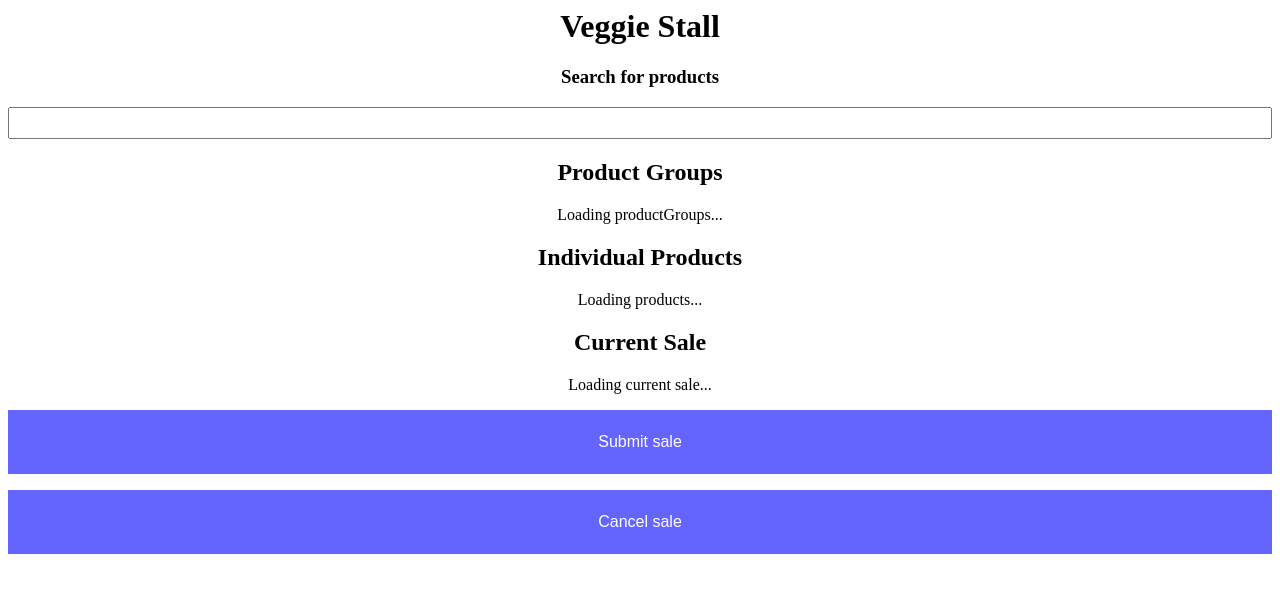
Repository: Keristero/SDV701-Assignment
Page: SDV701-Assignment/mobile-client/client/sale.html
The author's editor kept a record of every edit. The page is drawn from the files as they stood at one moment, then again after the next edit.
The browser window is 1280 px wide. The pictures show the whole page.
The page's requests for data from a server got no answer.

Above is the page before.
Console error (its wording comes from the project's code and is left out).

### SDV701-Assignment/mobile-client/client/sale.html
<head>
    <meta name="viewport" content="width=device-width,height=device-height initial-scale=1">
    <style>
        #div_main{
            text-align:center;
            font-size: 1em;
        }
        #txt_searchProducts{
            width:100%;
            height:2em;
            font-size: 1em;
        }

        .wideButton{
            width:100%;
            margin-top:1em;
            height:4em;
            background-color: rgb(100,100,255);
            border: none;
            text-decoration: none;
            color:white;
            font-size:1em;
        }

        .clsProductGroup{
            border-style: solid;
            border-width: 2px;
            margin-top: 0.5em;
        }

        .clsProduct{
            background-color: rgb(220,240,220);
        }

        .clsSale{
            text-align: left;
            background-color: rgba(100,100,255,0.2);
        }

    </style>
    <script src="cls/clsDbObject.js"></script>
    <script src="cls/clsProduct.js"></script>
    <script src="cls/clsProductGroup.js"></script>
    <script src="cls/clsSale.js"></script>
    <script src="cls/clsSold.js"></script>
    <script src="DatabaseConnector.js"></script>
    <script src="sale.js" defer></script>
</head>

<body>
    <div id="div_main">
        <h1>Veggie Stall</h1>
        <h3>Search for products</h3>
        <p><input type="text" id="txt_searchProducts"></p>
        <h2>Product Groups</h2>
        <div id="div_productGroups">
            Loading productGroups...
        </div>
        <h2>Individual Products</h2>
        <div id="div_products">
            Loading products...
        </div>
        <h2>Current Sale</h2>
        <div id="div_sale">
            Loading current sale...
        </div>
        <button class="wideButton" id="btn_submitSale">Submit sale</button>
        <button class="wideButton" id="btn_cancelSale">Cancel sale</button>
    </div>
</body>

### SDV701-Assignment/mobile-client/client/cls/clsDbObject.js
class clsDbObject {
    constructor(dataObject) {
        for (let property in dataObject) {
            let value = dataObject[property]
            this[property] = value;
        }
        console.log(this)
    }
    getFormattedDateString(dateString){
        let d = new Date(dateString)
        return `${d.getDate()}/${d.getMonth()}/${d.getFullYear()}`
    }
    generateQuickGuid() {
        //Code from https://stackoverflow.com/questions/105034/create-guid-uuid-in-javascript Jeff Ward
        return Math.random().toString(36).substring(2, 15) + Math.random().toString(36).substring(2, 15);
    }
}

### SDV701-Assignment/mobile-client/client/cls/clsProduct.js
/* globals clsDbObject currentSale renderedProductUIDs*/

window.clsProduct = class clsProduct extends clsDbObject{
    constructor(dataObject){
        super(dataObject)

    }
    toHTML(renderedProductUIDs,searchBoxText){
        let str = ""
        //Return early if the product HTML has already been generated
        if(renderedProductUIDs.hasOwnProperty(this.UID)){
            return str
        }
        //Return early if the product name is not in the searchbox
        if(!this.Name.toLowerCase().includes(searchBoxText.toLowerCase())){
            return str
        }

        str+= `<div class=${this.constructor.name} id=${this.UID}>`
        str+= `<h3>${this.Name}</h3>`
        //The section below generates a combo box with all the products price options
        str+= `<select id="sel_${this.UID}">`
        for(let priceID in this.Prices){
            str+= `<option value="${priceID}">${this.Prices[priceID].priceType}</option>`
        }
        str+= `</select>`
        //The section below generates a input box for the quantity
        str+= `<input id="txt_${this.UID}" type="number"></input>`
        str+= `<button id="btn_${this.UID}">Add to order</button>`
        str+= `<p>last updated: ${this.getFormattedDateString(this.LastModified)}</p>`
        str+= `</div>`

        renderedProductUIDs[this.UID] = true;

        return str
    }
    prepareButton(){
        document.getElementById(`btn_${this.UID}`).onclick = (()=>{
            this.addToOrder();
        })
    }
    addToOrder(sale){
        let priceTypeSelector = document.getElementById(`sel_${this.UID}`)
        let priceTypeID = priceTypeSelector.value
        let quantityInputBox = document.getElementById(`txt_${this.UID}`)
        let quantity = quantityInputBox.value
        currentSale.addProduct(this,priceTypeID,quantity)
    }
}

### SDV701-Assignment/mobile-client/client/cls/clsProductGroup.js
/* globals clsDbObject products*/

window.clsProductGroup = class clsProductGroup extends clsDbObject{
    constructor(dataObject){
        super(dataObject)
    }
    get productReferences(){
        let productReferences = {};
        this.ProductUIDs.forEach((productUID)=>{
            if(products.hasOwnProperty(productUID)){
                //If a product with the given id exists (has not been deleted)
                productReferences[productUID] = products[productUID]
            }
        })
        //Return dictionary containing references to product objects indexed by ID
        return productReferences;
    }
    toHTML(renderedProductUIDs,searchBoxText){
        let str = ""
        //Return early if the product name is not in the searchbox
        if(!this.Name.toLowerCase().includes(searchBoxText.toLowerCase())){
            return str
        }
        str+= `<div class=${this.constructor.name} id=${this.UID}>`
        str+= `<h2>${this.Name}</h2>`
        let prodRefs = this.productReferences
        for(let prodID in prodRefs){
            str += prodRefs[prodID].toHTML(renderedProductUIDs,"")
        }
        str+= `</div>`
        return str
    }
}

### SDV701-Assignment/mobile-client/client/cls/clsSale.js
/* globals clsDbObject */

window.clsSale = class clsSale extends clsDbObject{
    constructor(){
        super({})
        this.UID = this.generateQuickGuid()
        this.Total = 0
        this.Date = new Date().toISOString();
        this.Sold = {}
    }
    addProduct(pProduct,priceUID,quantity){
        console.log(`Adding ${pProduct.Name} to sale`)
        let newSoldItem = new clsSold(pProduct.Prices[priceUID],pProduct.UID,quantity)
        console.log("new sold item",newSoldItem);
        this.Sold[newSoldItem.UID] = newSoldItem
        this.Total = this.calculateTotal();
        updateSaleHTML();
    }
    calculateTotal(){
        let newTotal = 0;
        for(let soldID in this.Sold){
            newTotal += this.Sold[soldID].Price*this.Sold[soldID].Quantity
        }
        return newTotal;
    }
    toHTML(){
        let str = ""
        str+= `<div class=${this.constructor.name} id=${this.UID}>`
        str+= `<h3>Order Total = $${this.Total}</h3>`
        for(let soldID in this.Sold){
            str += this.Sold[soldID].toHTML()
        }
        str+= `</div>`
        return str
    }
}

### SDV701-Assignment/mobile-client/client/cls/clsSold.js
/* globals clsDbObject products*/

window.clsSold = class clsSold extends clsDbObject{
    constructor(pPriceObject,pProductUID,pQuantity){
        super({})
        this.UID = this.generateQuickGuid()
        this.Type = pPriceObject.priceType
        this.Price = pPriceObject.priceAmount
        this.Quantity = pQuantity
        this.ProductUID = pProductUID
    }
    toHTML(){
        let str = ""
        str+= `<div class=${this.constructor.name} id=${this.UID}>`
        str+= `<p><b>${products[this.ProductUID].Name}</b> Type<b> ${this.Type} </b>Price<b> $${this.Price}</b></p>`
        str+= `</div>`
        return str
    }
}

### SDV701-Assignment/mobile-client/client/DatabaseConnector.js
class DatabaseConnector {
    constructor(pdatabaseURL) {
        this.databaseURL = pdatabaseURL || 'https://veggiestall-database-keristero.c9users.io'
    }
    request(requestType, path, data) {
        return new Promise((resolve, reject) => {
            let XHR = new XMLHttpRequest();
            let searchParams = new URLSearchParams();

            // Push our data into our FormData object
            for (let name in data) {
                console.log(name, data[name])
                searchParams.append(name, JSON.stringify(data[name]));
            }
            // Define what happens in case of error
            XHR.addEventListener('error', function(event) {
                alert('Oops! Something went wrong.');
                reject(event)
            });
            XHR.onreadystatechange = function() {
                if (XHR.readyState === 4) {
                    let parsedResponse = JSON.parse(XHR.response)
                    resolve(parsedResponse);
                }
            }
            // Set up our request
            XHR.open(requestType, this.databaseURL + path);

            // Send our FormData object; HTTP headers are set automatically
            XHR.send(searchParams);
        })
    }
    getData(path) {
        return new Promise((resolve, reject) => {
            this.request("GET", path).then((result) => {
                console.log(result)
                resolve(result);
            })
        })
    }
    putData(path, key, value) {
        return new Promise((resolve, reject) => {
            this.request("PUT", path, { key: key, value: value }).then((result) => {
                console.log(result)
                resolve(result);
            })
        })
    }
    postData(path, key, value) {
        return new Promise((resolve, reject) => {
            this.request("POST", path, { key: key, value: value }).then((result) => {
                console.log(result)
                resolve(result);
            })
        })
    }
    initializeObjectsIntoDictionary(pObjects, pClassname) {
        //accepts a generic js object in the shape of a dictionary, and the classnames to init
        //returns a initialized dictionary
        let newDictionary = {};
        for (let key in pObjects) {
            newDictionary[key] = new window[pClassname](pObjects[key])
        }
        return newDictionary;
    }

}

### SDV701-Assignment/mobile-client/client/sale.js
/* globals DatabaseConnector clsSale*/
let DB = new DatabaseConnector();

let products;
let productGroups;
let renderedProductUIDs = {};
let currentSale = new clsSale();

//Content divs
let div_productGroups = document.getElementById("div_productGroups");
let div_products = document.getElementById("div_products");
let div_sale = document.getElementById("div_sale");

//Search box
let txt_searchProducts = document.getElementById("txt_searchProducts");
let searchBoxText = "";
txt_searchProducts.onkeyup = ()=>{
    updateAllProductsHTML()
}
txt_searchProducts.onfocus = ()=>{
    txt_searchProducts.value = ""
}

//Buttons
document.getElementById("btn_submitSale").onclick = ()=>{
    submitSale();
};

document.getElementById("btn_cancelSale").onclick = ()=>{
    cancelSale();
};

//Get notices
DB.getData("/products").then((pResult)=>{
   let dataObjects = pResult.data;

   products = DB.initializeObjectsIntoDictionary(dataObjects,"clsProduct")

   //Get product gorups
    DB.getData("/productGroups").then((pResult)=>{
       let dataObjects = pResult.data;

       productGroups = DB.initializeObjectsIntoDictionary(dataObjects,"clsProductGroup")

       updateHTML()
    })

})

//Display notices
function updateHTML(){

    updateAllProductsHTML()

    updateSaleHTML()

}

function updateAllProductsHTML(){
    searchBoxText = txt_searchProducts.value
    updateProductGroupHTML()
    updateProductsHTML()

    //prepare generated buttons
    for(let property in renderedProductUIDs){
       products[property].prepareButton()
    }
}

function updateProductGroupHTML(){
    renderedProductUIDs = {};
    let productGroupsHTML = ""

    //Generate product html
    for(let property in productGroups){
       productGroupsHTML += productGroups[property].toHTML(renderedProductUIDs,searchBoxText)
    }

    div_productGroups.innerHTML = productGroupsHTML;
}

function updateProductsHTML(){
    let productsHTML = ""

    //Generate product html
    for(let property in products){
       productsHTML += products[property].toHTML(renderedProductUIDs,searchBoxText)
    }

    div_products.innerHTML = productsHTML;
}

function updateSaleHTML(){
    div_sale.innerHTML = currentSale.toHTML();
}

function cancelSale(){
    currentSale = new clsSale();
    updateSaleHTML()
}

function submitSale(){
    if(currentSale.Total > 0){
        console.log('Submitting sale')
        DB.putData("/sales",currentSale.UID,currentSale)
        //Clear the current sale
        currentSale = new clsSale();
        updateSaleHTML()
        alert("Sale submitted to database")
    }else{
        alert("Sale is empty, Add products to sale before submitting")
    }
}

After the next edit:
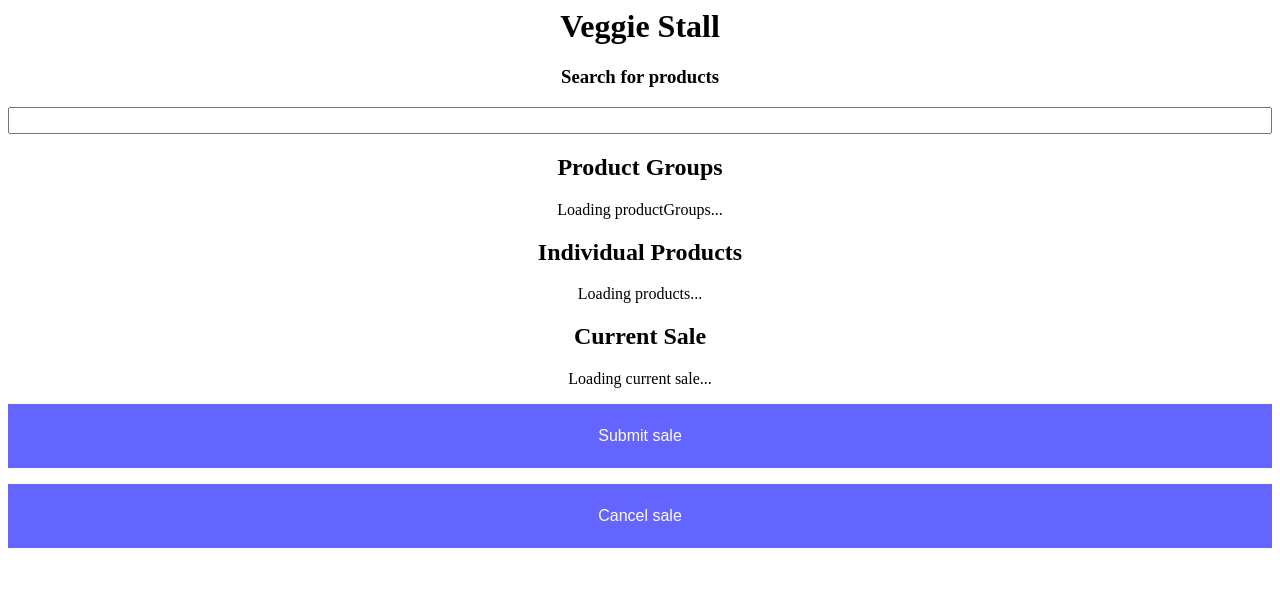
The edit:
--- a/SDV701-Assignment/mobile-client/client/sale.html
+++ b/SDV701-Assignment/mobile-client/client/sale.html
@@ -8,7 +8,6 @@
         #txt_searchProducts{
             width:100%;
             height:2em;
-            font-size: 1em;
         }
 
         .wideButton{
